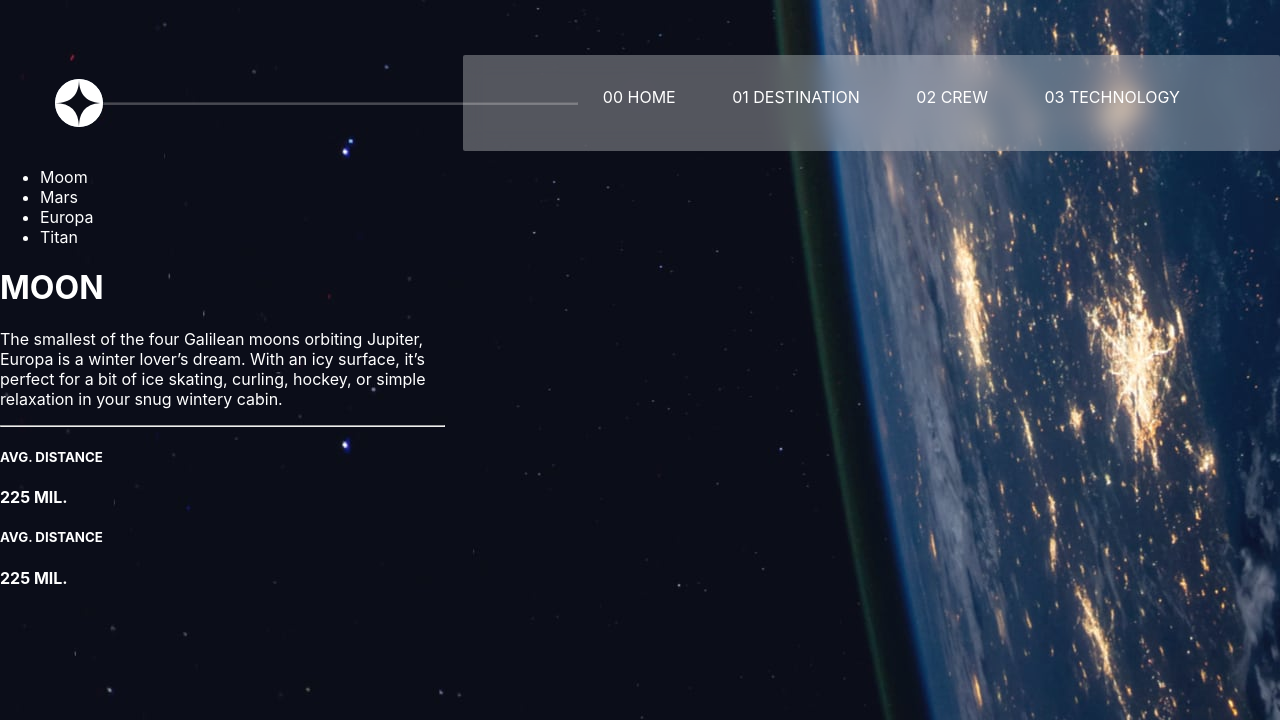
Repository: jhonenmanuel1/FrontEndMentor-MultiPageSpace
Page: /
These files come from the project's save history. The page is drawn as it stood at one moment and after the next save; the edit follows.
The browser window is 1280 px wide. The pictures show the whole page.
The project was rebuilt for these pictures with package versions that can differ from the ones it lists, and the page was loaded fresh each time. Also part of the build but not shown: src/views/home.js.

Above is the page before, as saved 2022-06-23 22:35:46.

After the next save:
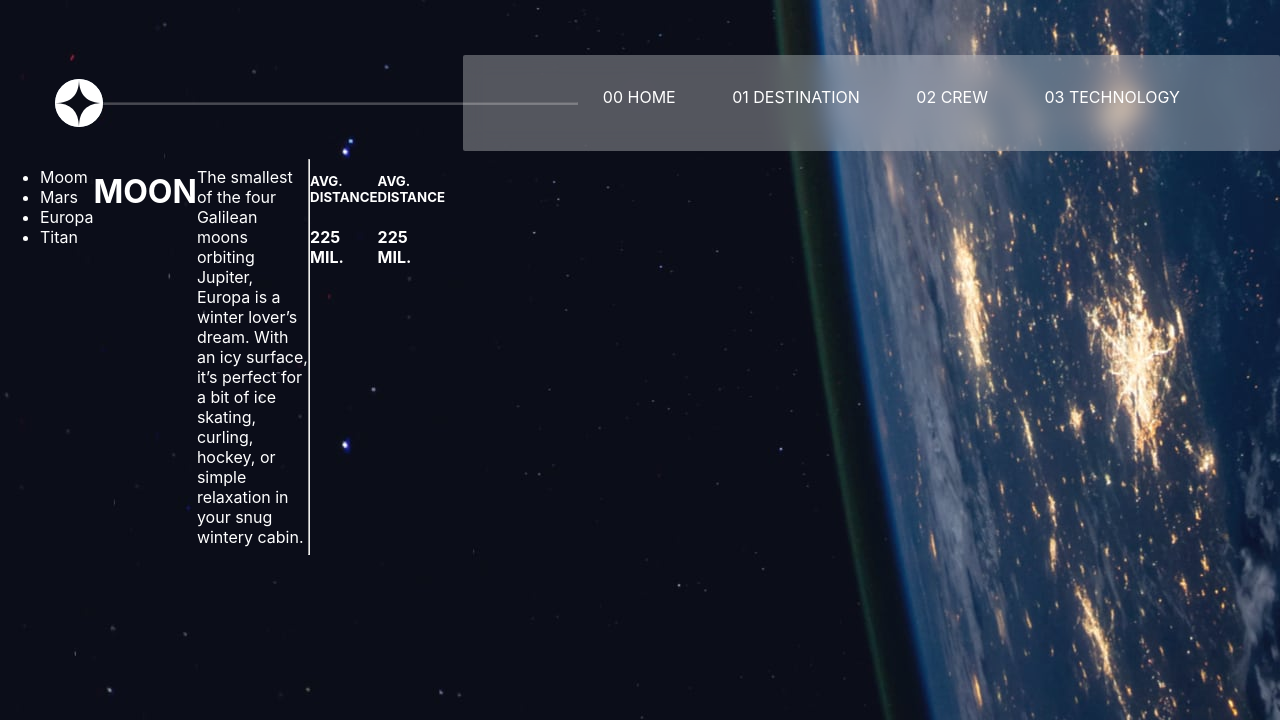
Saved 114 s later.
--- a/src/styles/planetcardinfo.module.css
+++ b/src/styles/planetcardinfo.module.css
@@ -1,3 +1,5 @@
 .planetCardInfoContainer{
     max-width: 445px;
+    display: flex;
+    justify-content: center;
 }
